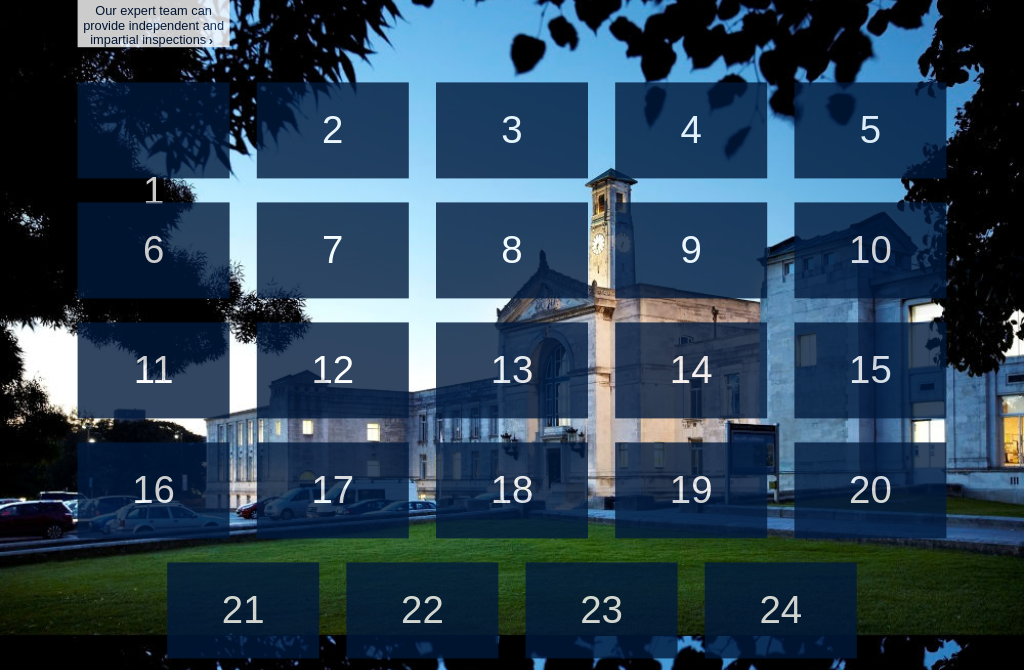
Repository: Domehead123/advent
Page: index.html
The author's editor kept a record of every edit. The page is drawn from the files as they stood at one moment, then again after the next edit.
The browser window is 1280 px wide. The pictures show the whole page, at 80% of full size.

Above is the page before.

After the next edit:
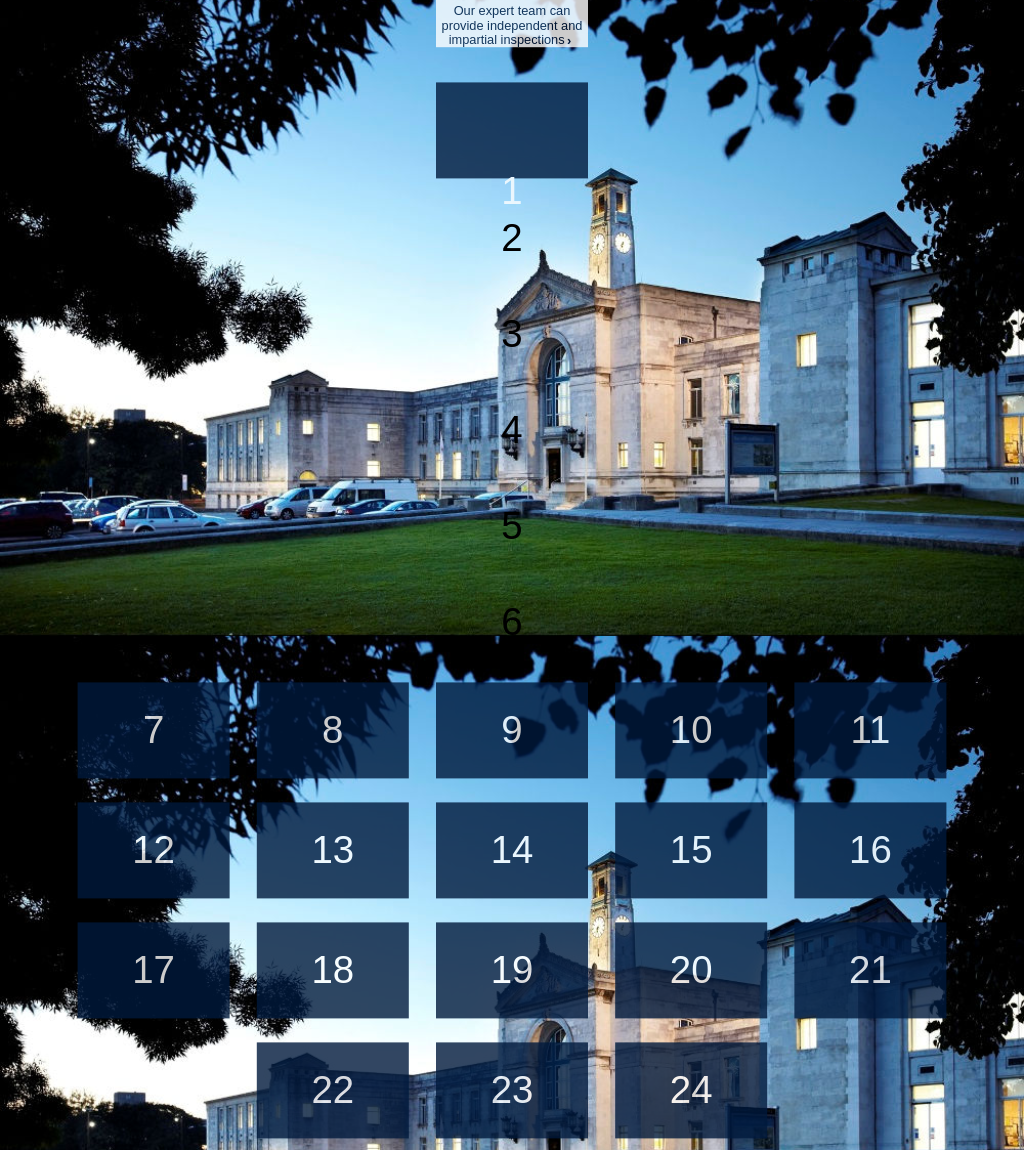
The edit:
--- a/index.html
+++ b/index.html
@@ -17,11 +17,11 @@
         </div>
 
 
-        <div class="window"><div class="window-closed">2</div></div>
-        <div class="window"><div class="window-closed">3</div></div>
-        <div class="window"><div class="window-closed">4</div></div>
-        <div class="window"><div class="window-closed">5</div></div>
-        <div class="window"><div class="window-closed">6</div></div>
+        <div class="window-closed">2</div>
+        <div class="window-closed">3</div>
+        <div class="window-closed">4</div>
+        <div class="window-closed">5</div>
+        <div class="window-closed">6</div>
         <div class="window"><div class="window-closed">7</div></div>
         <div class="window"><div class="window-closed">8</div></div>
         <div class="window"><div class="window-closed">9</div></div>
